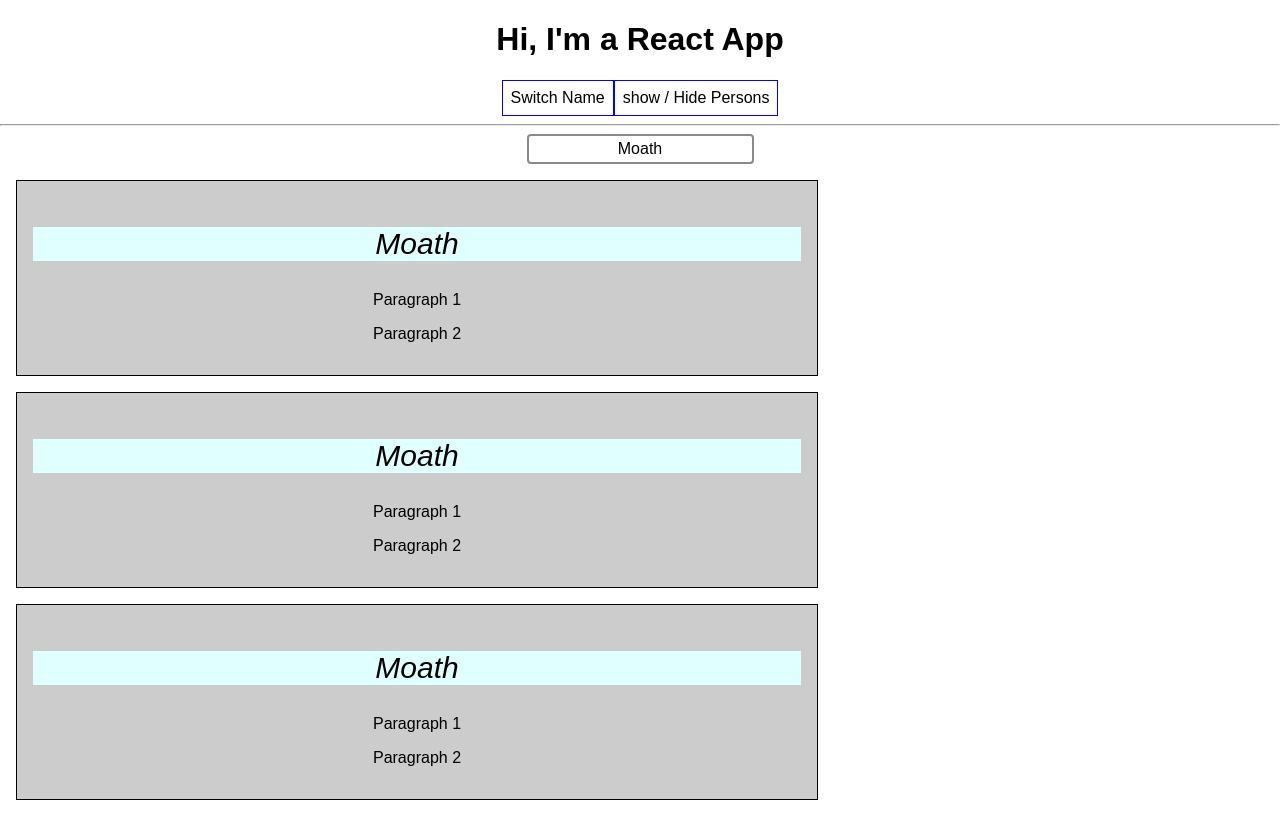
Repository: MuathYHKefayah/React-Basics
Page: /
The author's editor kept a copy of each file at every save. The page is drawn from the files as they stood at one save, then again after the next save.
The browser window is 1280 px wide. The pictures show the whole page.
The project was rebuilt for these pictures with package versions that can differ from the ones it lists, and the page was loaded fresh each time. Also part of the build but not shown: src/Person/Person.css, src/Person/Person.js.

Above is the page before, as saved 2020-12-12 13:12:45.

### src/App.js
import React, { Component } from 'react';
import './App.css';
import Person from './Person/Person';
import UserInput from './UserInput/UserInput';
import UserOutput from './UserOutput/UserOutput';

class App extends Component {
  state = {
     persons: [
       { name:'Moath', age: 25},
       { name:'Ahmad', age: 26},
       { name:'Khaled', age: 27},
     ],
     username: "Moath",
     showPersons: false
  }

  switchNameHandler  = (newName, newAge) => {
    //Don't Do This: this.state.persons[0].name = "Max";
    this.setState({
      persons: [
        { name:newName, age: 25},
        { name:'Ahmad', age: 26},
        { name:'Khaled', age: newAge},
      ]
    })
  }

  nameChangedHandler = (event) => {
    this.setState({
      persons: [
        { name:'Moath', age: 25},
        { name: event.target.value, age: 26},
        { name:'Khaled', age: 27},
      ]
    })
  }

  usernameChangedHandelr = (event) => {
    this.setState({
      username: event.target.value
    })
  }

  togglePersonsHandler = () => {
    const doesShow =  this.state.showPersons;
    this.setState({
      showPersons : !doesShow
    });
  }

  render() {
    const style = {
      backgroundColor: 'white',
      font: 'inherit',
      border: '1px solid blue',
      padding: '8px',
      cursor: 'pointer',
      display: 'inline-block'
    };

    return (
      // jsx \\ write html code in js file
      <div className="App">
        <h1>Hi, I'm a React App</h1>
        <button
          style={style}
          onClick={() => this.switchNameHandler('Moath!!', 30)}>Switch Name</button>
        <button
          style={style}
          onClick={this.togglePersonsHandler}> show / Hide Persons</button>
        { this.state.showPersons ?
            <div>
              <Person name={this.state.persons[0].name} age={this.state.persons[0].age}/>
              <Person
                name={this.state.persons[1].name}
                age={this.state.persons[1].age}
                click={this.switchNameHandler.bind(this, 'Moath!', 40)}
                changed={this.nameChangedHandler}
                >My Hobbies: Racing</Person>
              <Person name={this.state.persons[2].name} age={this.state.persons[2].age}/>
            </div> : null
        }


        <hr/>
        <UserInput
          name={this.state.username}
          changed={this.usernameChangedHandelr}/>

        <UserOutput name={this.state.username}/>
        <UserOutput name={this.state.username}/>
        <UserOutput name={this.state.username}/>

      </div>
    );
    //return React.createElement('div', {className: 'App'} , React.createElement('h1', null , 'Hi, I\'m a React App !!!' ))
  }
}

export default App;

### src/UserInput/UserInput.js
import React, { Component } from 'react';


class UserInput extends Component{
    render(){
        const style = {
            fontSize: '16px',
            fontFamily: 'inherit',
            padding: '0.25em 0.5em',
            backgroundColor: '#fff',
            border: '2px solid #8b8a8b',
            borderRadius: '4px',
            textAlign: 'center'
        }
        return(
            <div className="UserInput">
                <input
                    style= {style}
                    type="text"
                    onChange={this.props.changed}
                    value={this.props.name}/>
            </div>

        );
    }
}

export default UserInput;

### src/UserOutput/UserOutput.js
import React, { Component } from 'react';
import './UserOutput.css'

class UserOutput extends Component {

    render(){
        const style = {
            backgroundColor: 'lightcyan',
            fontStyle: 'oblique',
            fontSize: '30px'
        };
        return(
            <div className="UserOutput">
                <p style={style}>{this.props.name}</p>
                <p>Paragraph 1</p>
                <p>Paragraph 2</p>
            </div>
        );
    }
}

export default UserOutput;

### src/UserOutput/UserOutput.css
.UserOutput{
    width: 60%;
    border: 1px solid black;
    padding: 16px;
    background-color: #ccc;
    margin: 16px;
    text-align: center;
}

Loaded but not shown: public/index.html (common file); src/index.js (common file); src/index.css (common file); src/registerServiceWorker.js (common file); src/App.css (common file)

After the next save:
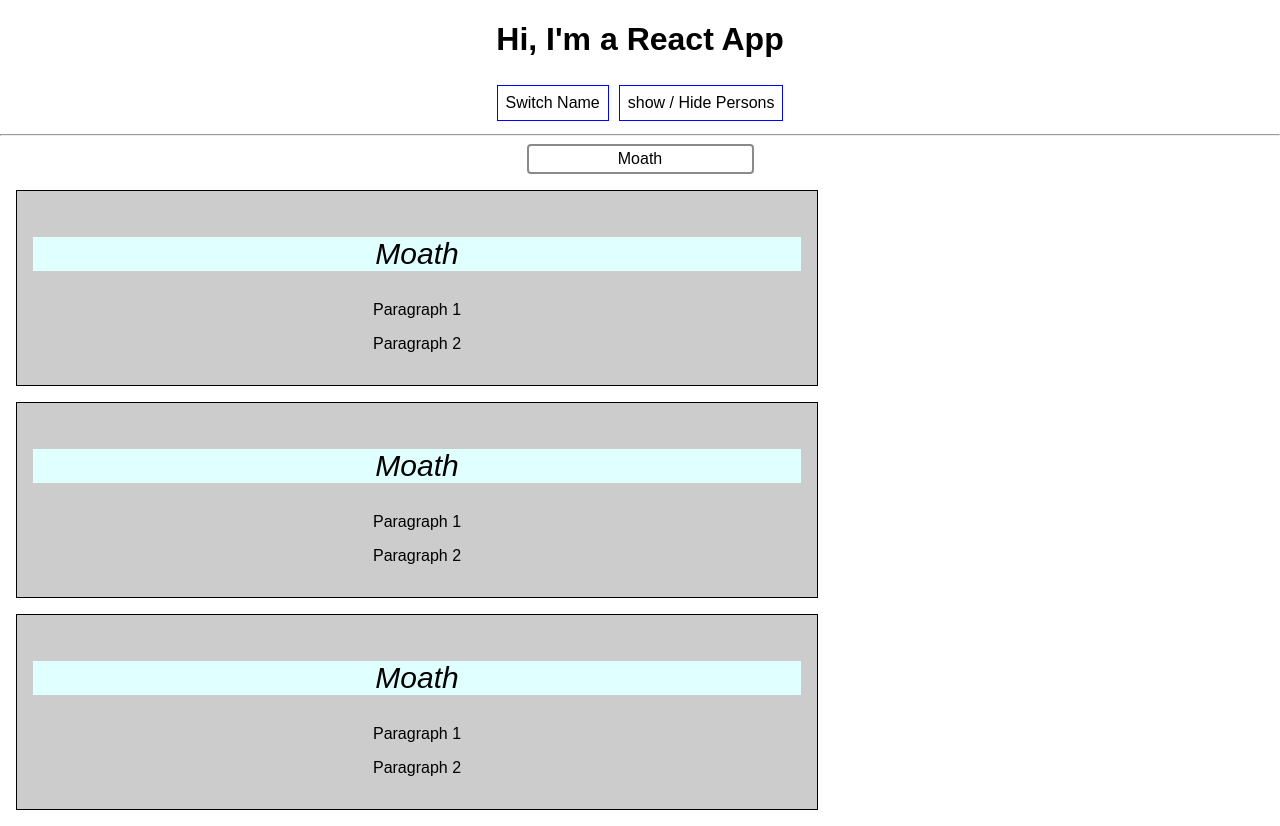
Saved 31 s later.
--- a/src/App.js
+++ b/src/App.js
@@ -56,7 +56,7 @@ class App extends Component {
       border: '1px solid blue',
       padding: '8px',
       cursor: 'pointer',
-      display: 'inline-block'
+      margin: '5px'
     };
 
     return (
